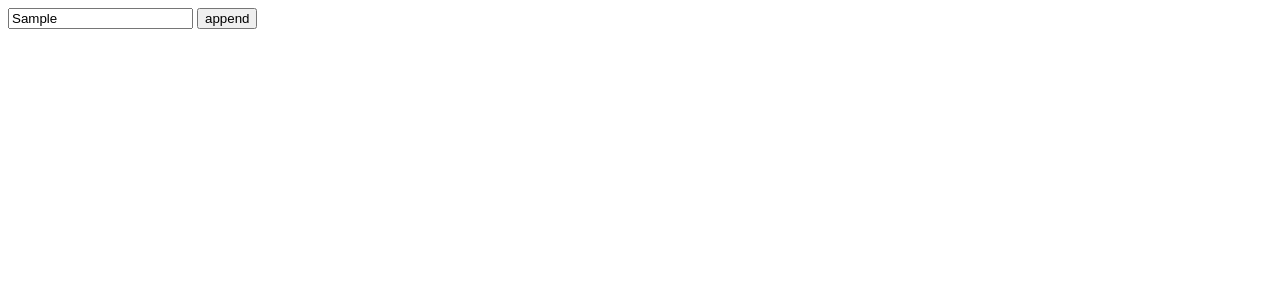
Repository: harin1212/PDA-frontend
Page: js04/dom2.html
An editor plug-in stored every save of this project. The page is shown before and after the next save, followed by the edit.
The browser window is 1280 px wide. The pictures show the whole page.
Empty fields were first filled with sample values (such as "Sample", 5 or name@example.com).
After loading, the first visible `#append` was clicked once.

Above is the page before, as saved 2023-08-09 16:36:53.

After the next save:
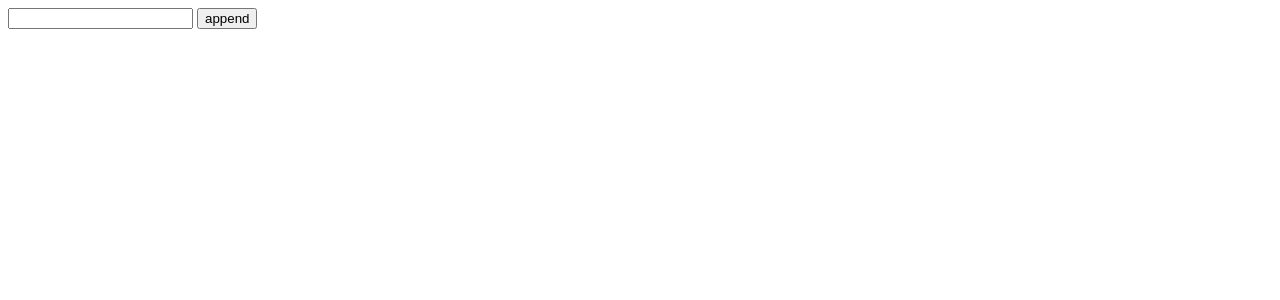
Saved 109 s later.
--- a/js04/js/dom2.js
+++ b/js04/js/dom2.js
@@ -2,7 +2,17 @@
 .addEventListener('click', function(e){
     //console.log(e.target);
     e.preventDefault(); //서버 안올라감
+
     //엘리먼트 요소 추가
     let ele_li = document.createElement('li');
+    //홍길동 값 받아서 자료 집어넣어야함
+    let irum = document.getElementById('irum');
+    let data = irum.value;
+
+    let txt = document.createTextNode('')
+
+    irum.value="";
+
+
 
 });
